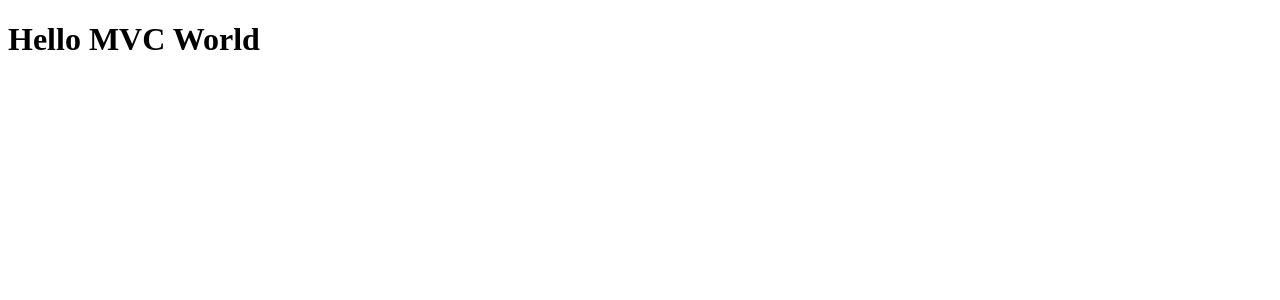
Repository: praivesi/mvc_workspace
Page: http://localhost/mvc/mc.do
These files come from the project's save history. The page is drawn as it stood at one moment and after the next save; the edit follows.
The browser window is 1280 px wide. The pictures show the whole page.
The page is served by Tomcat 9.

Above is the page before, as saved 2019-01-15 12:49:27.

After the next save:
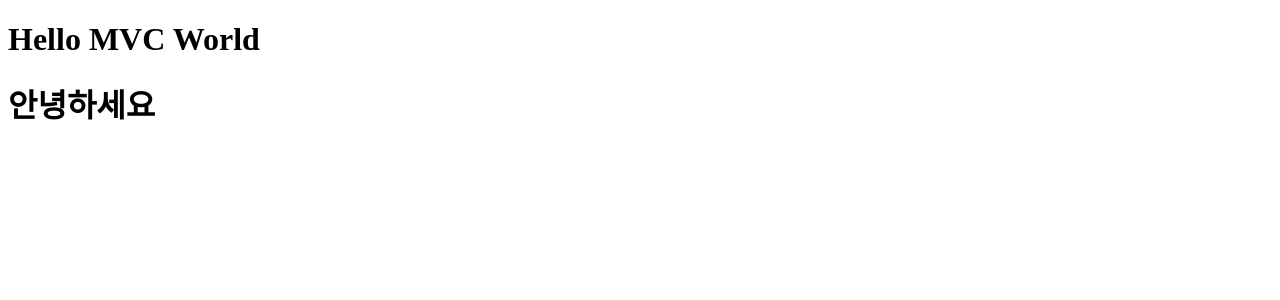
Saved 88 s later.
--- a/mvc/WebContent/hello.jsp
+++ b/mvc/WebContent/hello.jsp
@@ -8,5 +8,7 @@
 </head>
 <body>
 	<h1>Hello MVC World</h1>
+
+	<h1>${hello }</h1>
 </body>
 </html>
